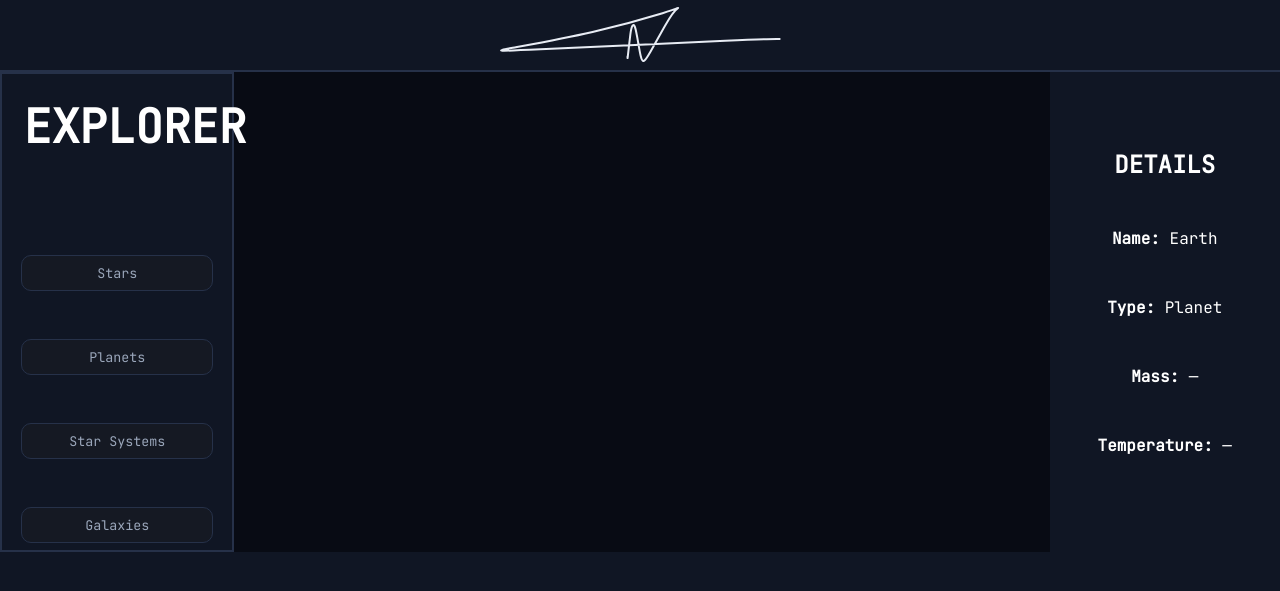
Repository: nico-madruga/Universe
Page: front-end/html/index.html
The author's editor kept a copy of each file at every save. The page is drawn from the files as they stood at one save, then again after the next save.
The browser window is 1280 px wide. The pictures show the whole page.

Above is the page before, as saved 2026-09-28 17:53:30.

After the next save:
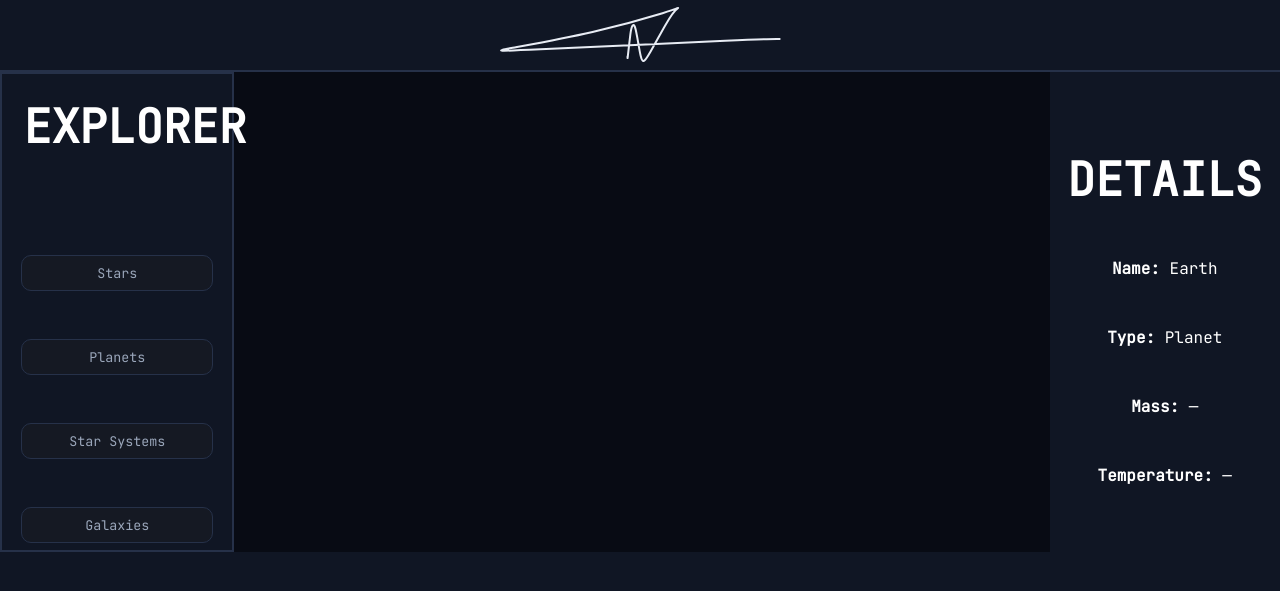
Saved 31 s later.
--- a/front-end/css/style.css
+++ b/front-end/css/style.css
@@ -117,6 +117,11 @@ body
     background-color: var(--panels-color);
 }
 
+.layout .object-info h2
+{
+    font-size: 2.9rem;
+}
+
 .layout .object-info .info-grid
 {
     display: flex;
